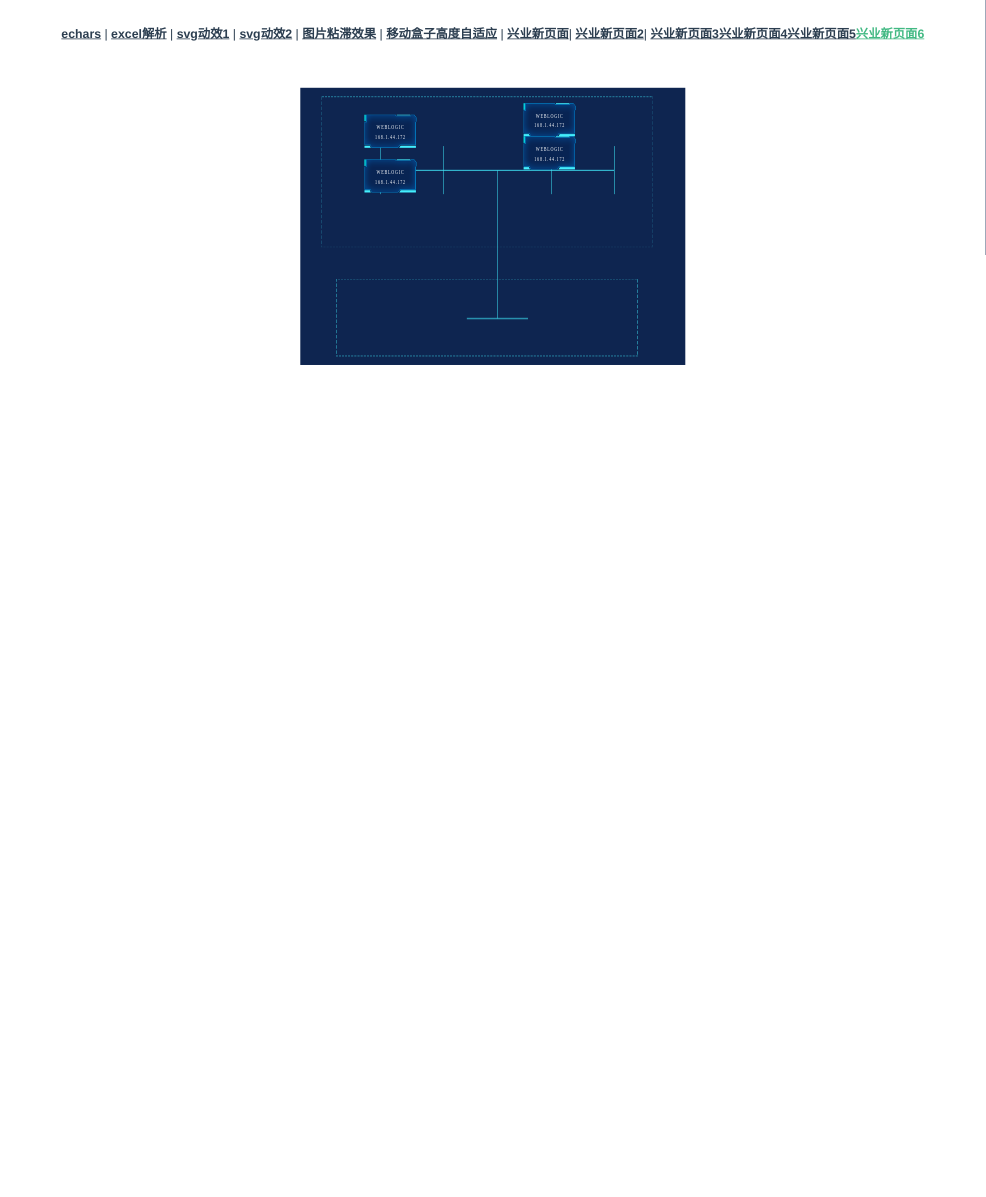
Repository: dmj199811/animation-dmj
Page: /#/work-page8
An editor plug-in stored every save of this project. The page is shown before and after a run of saves, followed by the edit.
The browser window is 1280 px wide. The pictures show the whole page, at 77% of full size.
The project was rebuilt for these pictures with package versions that can differ from the ones it lists, and the page was loaded fresh each time.

Above is the page before, as saved 2020-07-03 16:12:05.

### src/App.vue
<template>
  <div id="app">
    <div id="nav"
         v-if="this.$store.state.pageShow">
      <router-link to="/">echars</router-link> |
      <router-link to="/xlsx-example">excel解析</router-link> |
      <router-link to="/svg-example1">svg动效1</router-link> |
      <router-link to="/svg-example2">svg动效2</router-link> |
      <router-link to="/work-message">图片粘滞效果</router-link> |
      <router-link to="/work-page2">移动盒子高度自适应</router-link> |
      <router-link to="/work-page3">兴业新页面</router-link>|
      <router-link to="/work-page4">兴业新页面2</router-link>|
      <router-link to="/work-page5">兴业新页面3</router-link>
      <router-link to="/work-page6">兴业新页面4</router-link>
      <router-link to="/work-page7">兴业新页面5</router-link>
      <router-link to="/work-page8">兴业新页面6</router-link>
    </div>
    <router-view />
  </div>
</template>

<style lang="less">
body {
  margin: 0;
}
#app {
  font-family: Avenir, Helvetica, Arial, sans-serif;
  -webkit-font-smoothing: antialiased;
  -moz-osx-font-smoothing: grayscale;
  text-align: center;
  color: #2c3e50;
}

#nav {
  padding: 30px;

  a {
    font-weight: bold;
    color: #2c3e50;

    &.router-link-exact-active {
      color: #42b983;
    }
  }
}
</style>

### src/router/index.js
import Vue from 'vue'
import VueRouter from 'vue-router'

Vue.use(VueRouter)

const routes = [
  {
    path: '/',
    redirect: '/circle-echarts',
  },
  {
    path: '/circle-echarts',
    name: 'ani2',
    component: () => import('../views/circle-echarts/index.vue')
  },
  {
    path: '/xlsx-example',
    name: 'xlsx1',
    component: () => import('../views/xlsx1/index.vue')
  },
  {
    path: '/svg-example1',
    name: 'svg1',
    component: () => import('../views/svg1/index.vue')
  },
  {
    path: '/svg-example2',
    name: 'svg2',
    component: () => import('../views/svg2/index.vue')
  },
  {
    path: '/work-message',
    name: 'message1',
    component: () => import('../views/work/message/index.vue')
  },
  {
    path: '/work-page2',
    name: 'show1',
    component: () => import('../views/work/show1/index.vue')
  },
  {
    path: '/work-page3',
    name: 'show2',
    component: () => import('../views/newPage/index.vue')
  },
  {
    path: '/work-page4',
    name: 'show2',
    component: () => import('../views/newPage2/index.vue')
  },
  {
    path: '/work-page5',
    name: 'show3',
    component: () => import('../views/newPage3/index.vue')
  },
  {
    path: '/work-page6',
    name: 'show4',
    component: () => import('../views/newPage4/index.vue')
  },
  {
    path: '/work-page7',
    name: 'show5',
    component: () => import('../views/newPage5/index.vue')
  },
  {
    path: '/work-page8',
    name: 'show6',
    component: () => import('../views/newPage6/index.vue')
  },
]

const router = new VueRouter({
  routes
})

export default router

### src/views/newPage6/index.vue


<template>
<!-- 互联网统一认证系统（身份认证）_8 -->
  <div class="box">
    <div class="use-box">
      <div class="use-box-top">
        <div class="use-box-top-content">
          <div class="use-box-top-item web1">
            <div>WEBLOGIC</div>
            <div>168.1.44.172</div>
          </div>
          <div class="use-box-top-item web2">
            <div>WEBLOGIC</div>
            <div>168.1.44.172</div>
          </div>
        </div>
        <div class="use-box-top-content">
          <div class="use-box-top-item">
            <div>WEBLOGIC</div>
            <div>168.1.44.172</div>
          </div>
          <div class="use-box-top-item">
            <div>WEBLOGIC</div>
            <div>168.1.44.172</div>
          </div>
        </div>
      </div>


    </div>
  </div>
</template>
<script>
export default {
  data () {
    return {}
  },
  mounted () {
    this.fullScreen()
    let a = {
      'ATM系统': 'N',
      '网上银行域': 'E',
      'IC借记卡系统': 'N',
      'CFP系统': 'W',
      '电话银行域': 'E',
      '金卡系统': 'N',
      '零售信贷系统': 'W',
      '联机交易转发平台': 'N',
      '核心联机交易平台': 'E',
      'OFEP': 'W',
      '会计辅助管理系统': 'W',
      '业务策略管控平台': 'E',
      '历史检索系统': 'N',
      '企业数据集成平台': 'N',
      '银联数据综合前置系统': 'E',
      '理财卡外包制卡系统': 'W',
      '数据仓库系统': 'E',
      '统一报表系统': 'W',
      '企业CRM系统': 'N'
    }

    this.dataToArray(a)
    window.onresize = () => {
      this.fullScreen()
    }
  },
  methods: {
    fullScreen () {
      $('.box').css('transform', `scale(${document.documentElement.clientWidth / 3840},${document.documentElement.clientHeight / 1440})`)
    },
    dataToArray (data) {

    }
  }
}
</script>
<style lang="less">
.box {
  text-align: left;
  transform-origin: 0 0;
  width: 3840px;
  height: 1440px;
}
.use-box {
  font-size: 18px;
  width: 1500px;
  box-sizing: border-box;
  height: 720px;
  background: #0e2550;
  margin: 0 auto;
  color: white;
  background-image: url(./img/bg-line.png);
  background-size: 97% 100%;
}
.use-box div {
  box-sizing: border-box;
}
.use-box-top {
  display: inline-block;
  // background-color: #eee;
  width: 1320px;
  height: 375px;
  box-sizing: border-box;
  margin-top: 30px;
  margin-left: 90px;
  display: flex;
}

.use-box-top-content {
  box-sizing: border-box;
  // background-color: #e9e9;
  width: 500px;
  height: 305px;
  margin-left: 140px;
  margin-top: 40px;

}

.use-box-top-item {
  width: 203px;
  height: 86px;
  // line-height: 86px;
  text-align: center;
  background-image: url(./img/leftBlue.png);
  background-size: 100% 100%;
  font-size:16px;
  font-family:Adobe Heiti Std;
  font-weight:normal;
  color:rgba(255,255,255,1);
  line-height:25px;
  display: block;
  // margin-top: 90px;
  padding-top: 20px;
  letter-spacing: 3px;
  // margin-left: 20px;
  // display: flex;
  // justify-content: center;
  // align-items: center;
}
.use-box-top-item div {
  width: 100%;
}

.web1 {
  margin-top: 30px;
  margin-left: 20px;
}

.web2 {
  margin-top: 30px;
  margin-left: 20px;
}


</style>

Loaded but not shown: public/index.html (common file); src/main.js (common file); src/store/index.js (common file)

After the next 2 saves:
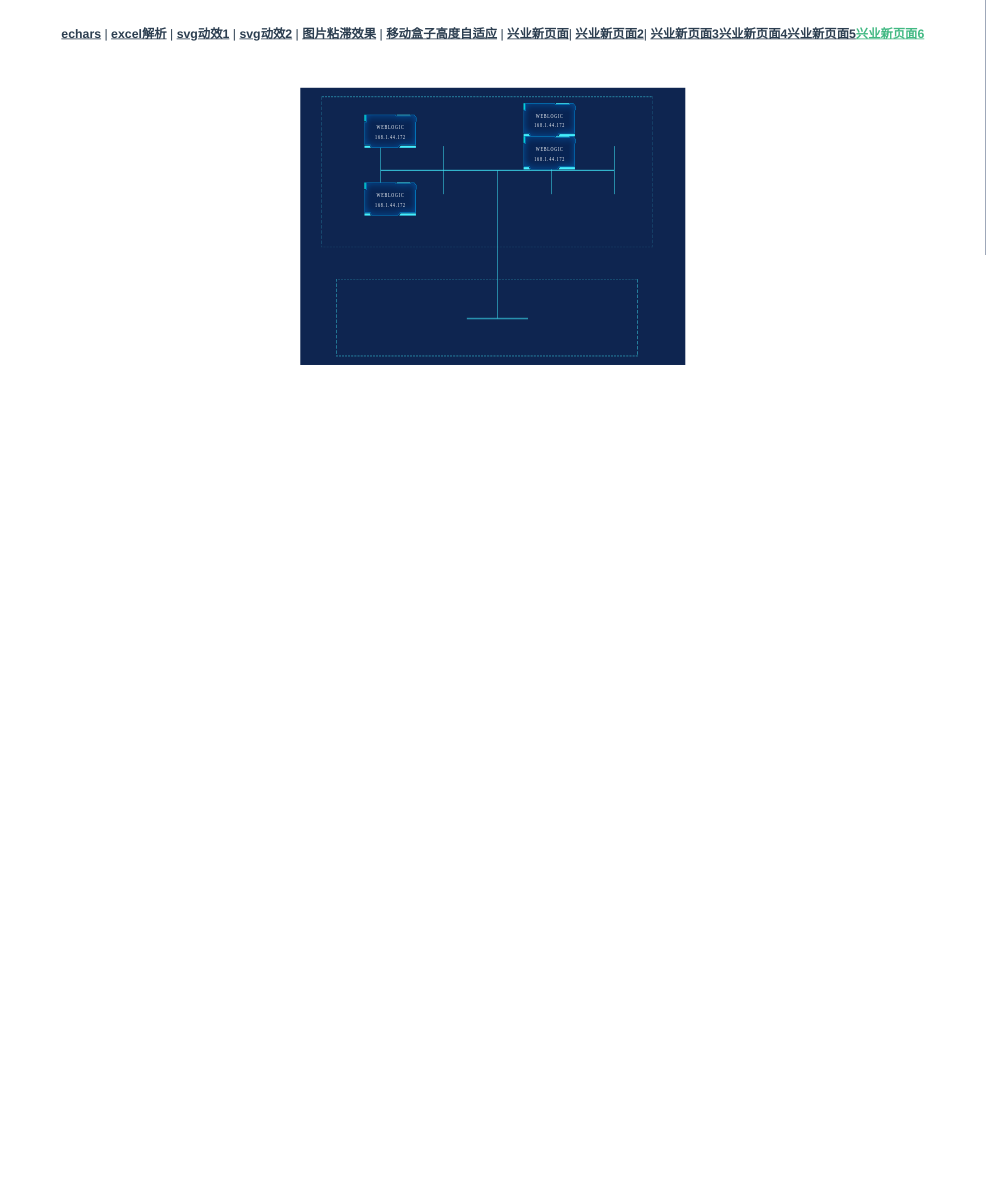
The 2 saves are shown as one change because they came seconds apart.
The last was saved 38 s later.
--- a/src/views/newPage6/index.vue
+++ b/src/views/newPage6/index.vue
@@ -148,7 +148,7 @@ export default {
 }
 
 .web2 {
-  margin-top: 30px;
+  margin-top: 90px;
   margin-left: 20px;
 }
 
